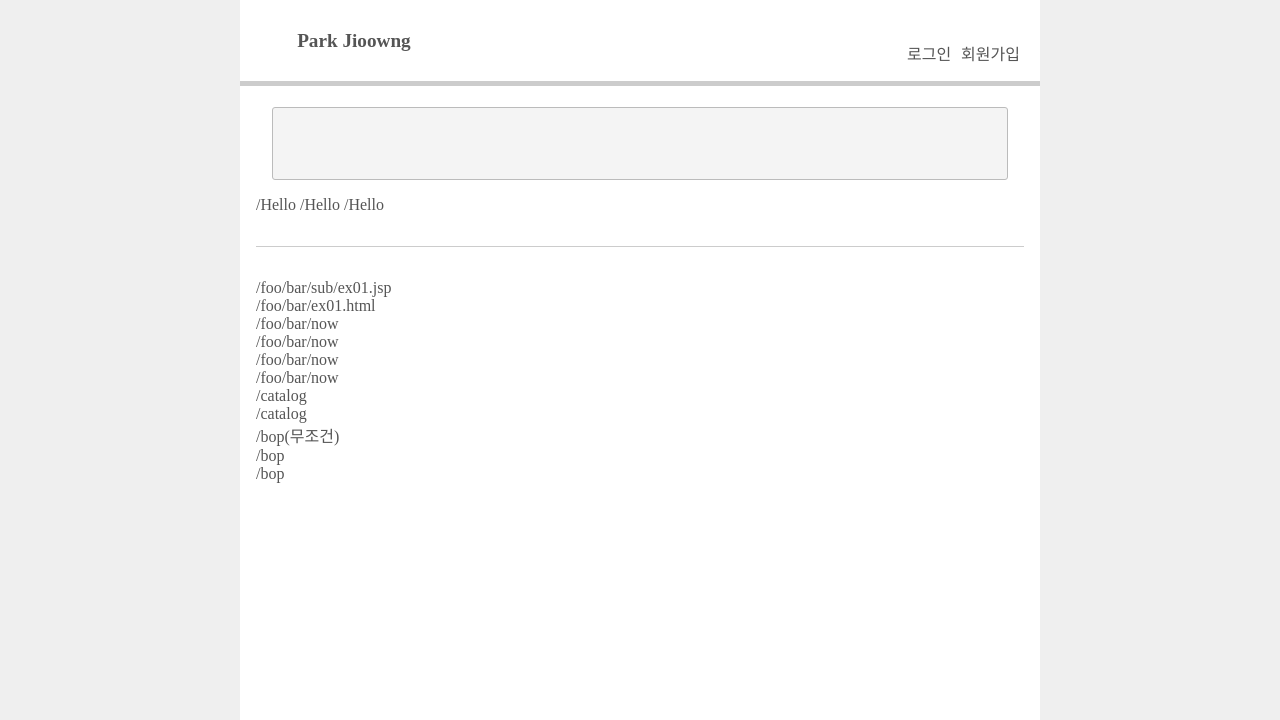
Repository: park-jiwoong/webClass
Page: webPro/src/main/webapp/JSPClass/jspPro/src/main/webapp/days02/ex01.html
The author's editor kept a copy of each file at every save. The page is drawn from the files as they stood at one save, then again after the next save.
The browser window is 1280 px wide. The pictures show the whole page.
Some web fonts or font styles are not loaded; a fallback is used.

Above is the page before, as saved 2025-05-22 08:14:29.

### webPro/src/main/webapp/JSPClass/jspPro/src/main/webapp/days02/ex01.html
<!DOCTYPE html>
<html>
<head>
<meta charset="UTF-8">
<meta name="viewport" content="width=device-width, initial-scale=1.0">
<title>2025. 5. 21. 오전 9:51:45</title>
<link rel="shortcut icon" type="image/x-icon" href="/jspPro/images/SiSt.ico">
<link rel="stylesheet" href="/jspPro/resources/cdn-main/example.css">
<script src="/jspPro/resources/cdn-main/example.js"></script>
<style>
 span.material-symbols-outlined{
    vertical-align: text-bottom;
 }
</style>
</head>
<body>
<header>
  <h1 class="main"><a href="#" style="position: absolute;top:30px;">Park Jioowng</a></h1>
  <ul>
    <li><a href="#">로그인</a></li>
    <li><a href="#">회원가입</a></li>
  </ul>
</header>
<div>
  <xmp class="code">

  </xmp>

  <a href="/jspPro/Hello">/Hello</a>
  <a href="/jspPro/Hello?name=admin">/Hello</a>
  <a href="/jspPro/Hello?name=홍길동">/Hello</a>

  <hr>
	<a href="/jspPro/foo/bar/sub/ex01.jsp">/foo/bar/sub/ex01.jsp</a><br>
	<a href="/jspPro/foo/bar/ex01.html">/foo/bar/ex01.html</a><br>
	<a href="/jspPro/foo/bar/now">/foo/bar/now</a><br>

	<a href="/jspPro/baz/bar/now">/foo/bar/now</a><br>
	<a href="/jspPro/baz/bar/ex01.html">/foo/bar/now</a><br>
	<a href="/jspPro/baz/bar/now">/foo/bar/now</a><br>

	<a href="/jspPro/catalog">/catalog</a><br>
	<a href="/jspPro/catalog/sub">/catalog</a><br>

	<a href="/jspPro/catalog/sub.bop">/bop(무조건)</a><br>
	<a href="/jspPro/catalog.bop">/bop</a><br>
	<a href="/jspPro/catalog/sub/days02/ex01.bop">/bop</a><br>



</div>
</body>
</html>

### webPro/src/main/webapp/JSPClass/jspPro/src/main/webapp/resources/cdn-main/example.css
@charset "UTF-8";

@import url('https://fonts.googleapis.com/css2?family=Material+Symbols+Outlined:opsz,wght,FILL,GRAD@20..48,100..700,0..1,-50..200');

@font-face {
    font-family: 'GmarketSansMedium';
    src: url('https://cdn.jsdelivr.net/gh/projectnoonnu/noonfonts_2001@1.1/GmarketSansMedium.woff') format('woff');
    font-weight: normal;
    font-style: normal;
}

:root {
	--text-color: #555;
	--sub-text-color: #777;
	--back-color: #EFEFEF;
	--header-color: #444;
	--primary-color: #DEDEDE;
	--secondary-color: #EFEFEF;
	--default-width: 800px;
	--narrow-width: 500px;
	--wide-width: 1200px;
	--text-font: 'GmarketSansMedium';
	--icon-font: 'Material Symbols Outlined';
	--border-color: #CCC;
}

html, body {
	margin: 0;
	padding: 0;
}

html {
	background-color: var(--back-color);
	display: flex;
	justify-content: center;
	min-height: 100vh;
}

body, body.default {
	width: var(--default-width);
	background-color: white;
	padding-bottom: 120px;
}

body.wide {
	width: var(--wide-width);
}

body.narrow {
	width: var(--narrow-width);
}



body, p, div, span, a, input, select, option, textarea, button, table, th, td, label, fieldset, legend {
	font-family: var(--text-font);
	color: var(--text-color);
}

h1, h2, h3 {
	font-family: var(--text-font);
	color: var(--header-color);
	padding: 0 1rem;
	padding-top: .5rem;
}

div > h1, div > h2, div > h3 {
	padding: 0;
}

body > div, body > main > div {
	padding: 0.3rem 1rem;
}


h1 { font-size: 2rem; border-bottom: 1px solid var(--border-color); }
h1 small { font-size: 1.2rem; color: var(--sub-text-color); }
h2 { font-size: 1.5rem; border-bottom: 1px dashed var(--border-color); }
h2 small { font-size: 1.1rem; color: --sub-text-color; }
h3 { font-size: 1.2rem; }
h3 small { font-size: 1rem; color: --sub-text-color; }



h1.main::before {
	font-family: var(--icon-font);
  	content: '\e666';
  	margin-right: 10px;
  	float: left;
	font-size: 2.5rem;
}

h1.sub::before {
	font-family: var(--icon-font);
  	content: '\ea19';
  	margin-right: 10px;
  	float: left;
	font-size: 2.5rem;
}


h1.page::before {
	font-family: var(--icon-font);
  	content: '\e0e0';
  	margin-right: 10px;
  	float: left;
	font-size: 2.5rem;
}

body > header > ul > li > .active{
	background-color: #FFF;
	color:#F00;
}

body > header {
	display: flex;
	justify-content: space-between;
	border-bottom: 5px solid var(--border-color);
	min-height: 74px;
	background-color: #FFF;
}

body > header.sticky {
	position: sticky;
	top: 0;
	z-index: 98;
}

body > header > h1 {
	font-size: 1.2rem;
	border: 0;
}

body > header.in > h1::before {
	font-family: var(--icon-font);
  	content: '\e332‥';
  	margin-right: 3px;
  	float: left;
	font-size: 2rem;
}


body > header > ul {
	list-style-type: none;
	display: flex;
	align-items: flex-end;
	margin-right: 10px;
}

body > header > ul > li {
	margin-right: 10px;
	cursor: pointer;
}

body > header > ul > li > a {
	cursor: pointer;
}


form {
	display: block;
}

form > div {
	padding: 0.3rem 1rem;
}

div > form > div {
	padding: 0.3rem 0;
}

input, textarea, button, select {
	border: 1px solid #BBB;
	border-radius: 3px;
	outline: none;
	resize: none;
	padding: 7px;
	margin: 0;
}

input[type=text]:read-only, textarea:read-only {
	cursor: not-allowed;
	background-color: #FFF;
}

input[type=text]:disabled, textarea:disabled {
	cursor: not-allowed;
	background-color: #EEE;
}

input[type=text], input[type=password], textarea, button, select {
	/* width: 300px; */
}

textarea {
	display: block;
	height: 100px;
}

input[type=button], input[type=submit], button {
	/* width: inherit; */
}

input.short, textarea.short, button.short, select.short {
	width: 100px;
}

input.long, textarea.long, button.long, select.long {
	width: 350px;
}

.narrow input.long, .narrow textarea.long, .narrow button.long, .narrow select.long {
	width: calc(100% - 20px);
}

input.full, textarea.full, button.full, select.full {
	width: calc(100% - 20px);
}

textarea.short {
	height: 50px;
}

textarea.long {
	height: 100px;
}

textarea.full {
	height: 200px;
}

input, textarea {
	padding-top: 8px;
}

input[type=button], input[type=submit], button {
	padding: 5px 10px;
	background-color: var(--secondary-color);
	cursor: pointer;
	min-height: 36px;
}

input[type=button].primary, input[type=submit].primary, button.primary {
	/* background-color: rgba(100, 149, 237, .2); */
	background-color: var(--primary-color);
}

input[type=button].primary:hover, input[type=submit].primary:hover, button.primary:hover {
	/* background-color: rgba(100, 149, 237, .3); */
	background-color: var(--secondary-color);
}

input[type=button]:hover, input[type=submit]:hover, button:hover {
	background-color: var(--primary-color);
}

button {
	position: relative;
	left: 0;
	top: 0;
	padding-left: 35px;
}

button .material-symbols-outlined {
	position: absolute;
	left: 10px;
	top: 4px;
}

/* k2nik add */
button.login::before {
	font-family: var(--icon-font);
  	content: '\ea77';
	position: absolute;
	left: 11px;
	top: 4px;
	font-size: 1.25rem;
}

/* k2nik logout */
button.logout::before {
	font-family: var(--icon-font);
  	content: '\e9ba';
	position: absolute;
	left: 11px;
	top: 4px;
	font-size: 1.25rem;
}

/* k2nik help */
button.help::before {
	font-family: var(--icon-font);
  	content: '\f1c0';
	position: absolute;
	left: 11px;
	top: 4px;
	font-size: 1.25rem;
}

button.add::before{
	font-family: var(--icon-font);
  	content: '\e746';
	position: absolute;
	left: 11px;
	top: 4px;
	font-size: 1.25rem;
}

button.back::before {
	font-family: var(--icon-font);
  	content: '\e166';
	position: absolute;
	left: 11px;
	top: 4px;
	font-size: 1.25rem;
}

button.list::before {
	font-family: var(--icon-font);
  	content: '\e0ee';
	position: absolute;
	left: 11px;
	top: 4px;
	font-size: 1.25rem;
}


button.del::before {
	font-family: var(--icon-font);
  	content: '\e872';
	position: absolute;
	left: 11px;
	top: 4px;
	font-size: 1.25rem;
}

button.alldel::before {
	font-family: var(--icon-font);
  	content: '\e92b';
	position: absolute;
	left: 11px;
	top: 4px;
	font-size: 1.25rem;
}


button.edit::before {
	font-family: var(--icon-font);
  	content: '\e745';
	position: absolute;
	left: 11px;
	top: 4px;
	font-size: 1.25rem;
}


button.login::before {
	font-family: var(--icon-font);
  	content: '\ea77';
	position: absolute;
	left: 11px;
	top: 4px;
	font-size: 1.25rem;
}


button.logout::before {
	font-family: var(--icon-font);
  	content: '\e9ba';
	position: absolute;
	left: 11px;
	top: 4px;
	font-size: 1.25rem;
}


button.in::before {
	font-family: var(--icon-font);
  	content: '\f71a';
	position: absolute;
	left: 11px;
	top: 4px;
	font-size: 1.25rem;
}


button.out::before {
	font-family: var(--icon-font);
  	content: '\f70e';
	position: absolute;
	left: 11px;
	top: 4px;
	font-size: 1.25rem;
}


button.reply::before {
	font-family: var(--icon-font);
  	content: '\e15e';
	position: absolute;
	left: 11px;
	top: 4px;
	font-size: 1.25rem;
}


button.comment::before {
	font-family: var(--icon-font);
  	content: '\e0b9';
	position: absolute;
	left: 11px;
	top: 4px;
	font-size: 1.25rem;
}


button.modal::before {
	font-family: var(--icon-font);
  	content: '\e89e';
	position: absolute;
	left: 11px;
	top: 4px;
	font-size: 1.25rem;
}


button.ok::before {
	font-family: var(--icon-font);
  	content: '\e86c';
	position: absolute;
	left: 11px;
	top: 4px;
	font-size: 1.25rem;
}


button.cancel::before {
	font-family: var(--icon-font);
  	content: '\e5c9';
	position: absolute;
	left: 11px;
	top: 4px;
	font-size: 1.25rem;
}

button.search::before {
	font-family: var(--icon-font);
  	content: '\e8b6';
	position: absolute;
	left: 11px;
	top: 4px;
	font-size: 1.25rem;
}

button.home::before {
	font-family: var(--icon-font);
  	content: '\e88a';
	position: absolute;
	left: 11px;
	top: 4px;
	font-size: 1.25rem;
}


button.sidebar::before {
	font-family: var(--icon-font);
  	content: '\f7e4';
	position: absolute;
	left: 11px;
	top: 4px;
	font-size: 1.25rem;
}


button.sidebar-right::before {
	font-family: var(--icon-font);
  	content: '\f7e5';
	position: absolute;
	left: 11px;
	top: 4px;
	font-size: 1.25rem;
}




button::before {
	font-family: var(--icon-font);
  	content: '\e323';
	position: absolute;
	left: 11px;
	top: 4px;
	font-size: 1.25rem;
}


table {
	border-collapse: collapse;
	margin: 1rem;
	box-sizing: border-box;
	width: calc(100% - 32px);
}

table.content {
	width: auto;
}

div > table {
	margin: 0;
}

table th, table td {
	border: 1px solid var(--border-color);
	padding: 7px;
	font-weight: normal;
}

table th {
	background-color: var(--back-color);
}

table.vertical th {
	width: 150px;
}

table.vertical td {
	width: calc(100% - 182px);
	padding-left: 10px;
}

table.content td, table.content th {
	width: auto;
}

body.narrow table.vertical th {
	width: 100px;
}

body.narrow table.vertical td {
	width: calc(100% - 182px);
}


table + table {
	margin-top: 30px;
}


p {
	padding: 0 1rem;
}

a {
	text-decoration: none;
}

a:hover {
	color: rgba(255, 99, 71, .7);
}

hr {
	border: 0;
	border-top: 1px solid var(--border-color);
	margin: 2rem 0;
}

.message {
	border: 1px solid var(--border-color);
	background-color: #EFEFEF;
	margin: 1rem;
	width: auto;
	padding-top: 10px;
	padding-bottom: 10px;
	font-size: 14px;
}

.message[title]::before {
	content: attr(title);
	display: block;
	border-bottom: 1px solid var(--border-color);
	padding-bottom: 5px;
	margin-bottom: 10px;
	margin-top: 7px;
}

.message.short {
	max-width: 250px;
}

.message.long {
	max-width: 500px;
}

.badge {
	float: right;
	font-size: .8rem;
	margin-top: 2px;
	margin-right: 2px;
	text-shadow: 0 0 7px gray;
}

.badge.left {
	float: none;
	margin-left: 2px;
}

.badge.right {
	float: right;
}

.badge.red {
	border-radius: 50%;
	padding: 2px 5px;
	background-color: rgb(255, 99, 71, .3);
}

.badge.yellow {

	border-radius: 50%;
	padding: 2px 5px;
	background-color: rgb(255, 215, 0, .5);
}

.badge.blue {
	border-radius: 50%;
	padding: 2px 5px;
	background-color: rgb(100, 149, 237, .3);
}

label + label {
	margin-left: 7px;
}

label input[type=checkbox], label input[type=radio] {
	transform: translate(0, 1px);
}

.group {
	display: flex;
}

.modal-content .group {
	margin-bottom: .5rem;
}

.group label {
	border: 1px solid #BBB;
	border-radius: 3px;
	outline: none;
	resize: none;
	padding: 7px 14px;
	margin: 0;
	border-top-right-radius: 0;
	border-bottom-right-radius: 0;
	background-color: #EFEFEF;
	white-space: nowrap;
	font-size: 14px;
}

.group input[type=text] {
	margin-left: -1px;
	border-top-left-radius: 0;
	border-bottom-left-radius: 0;
}

.group select {
	margin-left: -1px;
	border-top-left-radius: 0;
	border-bottom-left-radius: 0;
}

.group input.full[type=text] {
	margin-left: -1px;
	border-top-left-radius: 0;
	border-bottom-left-radius: 0;
	width: 100%;
}

.group input[type=button]:first-child, .group button:first-child {
	border-top-left-radius: 3px;
	border-bottom-left-radius: 3px;
	margin-left: 0px;
}

.group input[type=button], .group button {
	border-radius: 0;
	margin-left: -1px;
}

.group input[type=button]:last-child, .group button:last-child {
	margin-left: -1px;
	border-top-right-radius: 3px;
	border-bottom-right-radius: 3px;
}

.seperate {
	display: flex;
	justify-content: space-between;
}

div.list {
	width: max-content;
	margin: 1rem;
	border: 1px solid #BBB;
	border-radius: 3px;
	padding: 0;
}

div.list.full {
	width: auto;
	display: block;
	margin: 1rem;
	border: 1px solid #BBB;
	border-radius: 3px;
	padding: 0;
}

div.list > div {
	padding: .5rem 1rem;
	margin: 0;
	border-bottom: 1px solid #BBB;
}

div.list > div:last-child {
	border-bottom: 0;
}

pre.code , xmp.code{
	font-family: consols;
	background-color: rgba(150, 150, 150, .1);
	border: 1px solid #BBB;
	border-radius: 3px;
	padding: .5rem 1rem;
	padding-bottom: .6rem;
	margin: 1rem;
}




*[data-modal-window] {
	position: fixed;
	background-color: rgba(0, 0, 0, .3);
	left: 0;
	top: 0;
	display: none;
	justify-content: center;
	align-items: flex-start;
	width: 100%;
	min-height: 100vh;
	z-index: 100;
	opacity: 0;
	transition: 500ms all;
}

*[data-modal-window] .modal-container {
	border-radius: 5px;
	padding: 1rem;
	padding-bottom: .5rem;
	margin-top: -500px;
	opacity: 0;
	width: 500px;
	background-color: #FFF;
	margin-right: 2rem;
	transition: 500ms all;
}

*[data-modal-size=content] .modal-container {
	width: auto;
}

*[data-modal-size=narrow] .modal-container {
	width: 300px;
}

*[data-modal-size=wide] .modal-container {
	width: 760px;
}


*[data-modal-window] .modal-header {
	border-bottom: 1px solid var(--border-color);
	padding: 2px 5px;
}

*[data-modal-window] .modal-content {
	padding: 1rem 5px;
}

*[data-modal-window] .modal-content div:last-child {
	margin-top: 1rem;
	text-align: right;
}



*[data-sidebar-window] {
	position: fixed;
	background-color: #FFF;
	left: 0;
	top: 0;
	display: block;
	width: 300px;
	border-right: 1px solid var(--border-color);
	box-sizing: border-box;
	box-shadow: 0 0 3px var(--back-color);
	min-height: 100vh;
	z-index: 99;
	transform: translate(-300px, 0);
	transition-duration: 500ms;
	transition-property: transform;
}

*[data-sidebar-direction=right] {
	left: auto;
	right: 0;
	transform: translate(300px, 0);
	border-left: 1px solid var(--border-color);
}

*[data-sidebar-size=wide] {
	width: 500px;
	transform: translate(-500px, 0);
}

*[data-sidebar-window] .sidebar-title {
	border-bottom: 1px solid var(--border-color);
	margin-top: 20px;
	margin-bottom: 20px;
	padding-bottom: 5px;
	display: flex;
	justify-content: space-between;
}

*[data-sidebar-window] .sidebar-title span:last-child {
	cursor: pointer;
}


/* K2Nik pagination */
.center {
  text-align: center;
}

.pagination {
  display: inline-block;
}

.pagination a {
  color: black;
  float: left;
  padding: 3px 6px;
  text-decoration: none;
  transition: background-color .3s;
  border: 1px solid #ddd;
  margin: 0 3px;
}

.pagination a.active {
  background-color: #4CAF50;
  color: white;
  border: 1px solid #4CAF50;
}

.pagination a:hover:not(.active) {background-color: #ddd;}

Loaded but not shown: webPro/src/main/webapp/JSPClass/jspPro/src/main/webapp/resources/cdn-main/example.js (141 lines, source omitted)

After the next save:
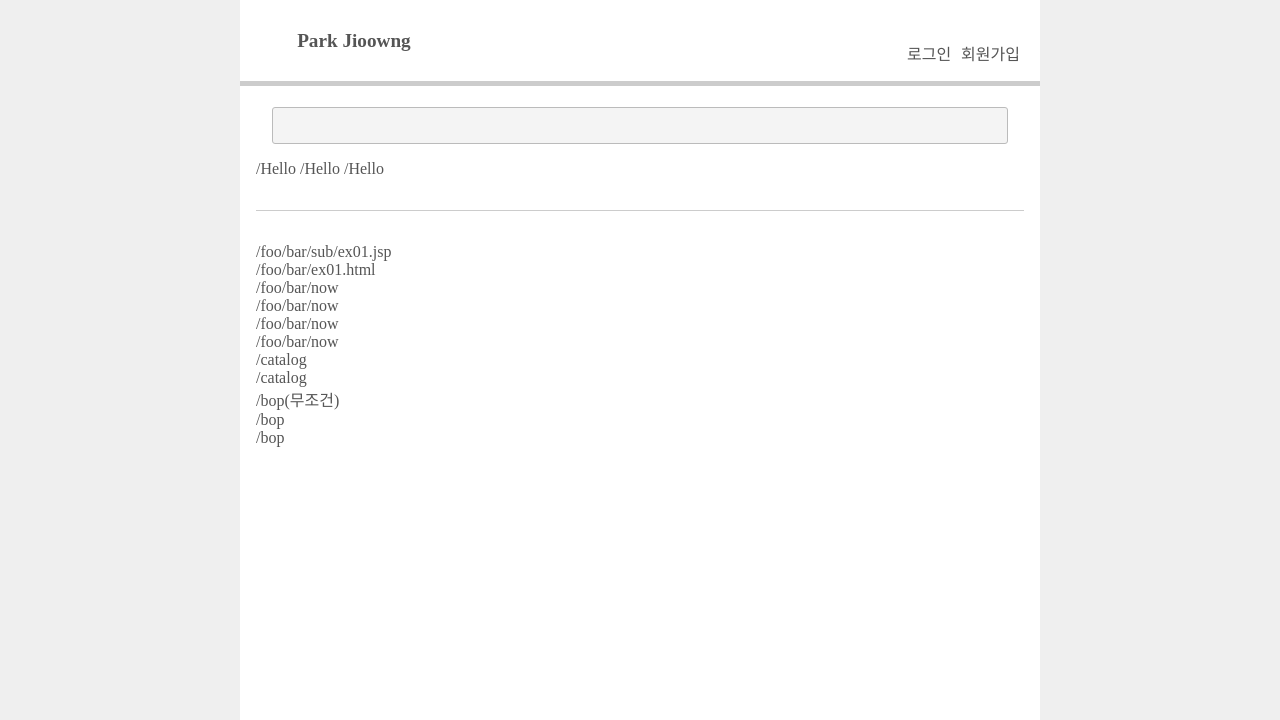
Saved 38 s later.
--- a/webPro/src/main/webapp/JSPClass/jspPro/src/main/webapp/days02/ex01.html
+++ b/webPro/src/main/webapp/JSPClass/jspPro/src/main/webapp/days02/ex01.html
@@ -4,50 +4,48 @@
 <meta charset="UTF-8">
 <meta name="viewport" content="width=device-width, initial-scale=1.0">
 <title>2025. 5. 21. 오전 9:51:45</title>
-<link rel="shortcut icon" type="image/x-icon" href="/jspPro/images/SiSt.ico">
+<link rel="shortcut icon" type="image/x-icon"
+	href="/jspPro/images/SiSt.ico">
 <link rel="stylesheet" href="/jspPro/resources/cdn-main/example.css">
 <script src="/jspPro/resources/cdn-main/example.js"></script>
 <style>
- span.material-symbols-outlined{
-    vertical-align: text-bottom;
- }
+span.material-symbols-outlined {
+	vertical-align: text-bottom;
+}
 </style>
 </head>
 <body>
-<header>
-  <h1 class="main"><a href="#" style="position: absolute;top:30px;">Park Jioowng</a></h1>
-  <ul>
-    <li><a href="#">로그인</a></li>
-    <li><a href="#">회원가입</a></li>
-  </ul>
-</header>
-<div>
-  <xmp class="code">
+	<header>
+		<h1 class="main">
+			<a href="#" style="position: absolute; top: 30px;">Park Jioowng</a>
+		</h1>
+		<ul>
+			<li><a href="#">로그인</a></li>
+			<li><a href="#">회원가입</a></li>
+		</ul>
+	</header>
+	<div>
+		<xmp class="code"> </xmp>
 
-  </xmp>
+		<a href="/jspPro/Hello">/Hello</a> <a href="/jspPro/Hello?name=admin">/Hello</a>
+		<a href="/jspPro/Hello?name=홍길동">/Hello</a>
 
-  <a href="/jspPro/Hello">/Hello</a>
-  <a href="/jspPro/Hello?name=admin">/Hello</a>
-  <a href="/jspPro/Hello?name=홍길동">/Hello</a>
+		<hr>
 
-  <hr>
-	<a href="/jspPro/foo/bar/sub/ex01.jsp">/foo/bar/sub/ex01.jsp</a><br>
-	<a href="/jspPro/foo/bar/ex01.html">/foo/bar/ex01.html</a><br>
-	<a href="/jspPro/foo/bar/now">/foo/bar/now</a><br>
-
-	<a href="/jspPro/baz/bar/now">/foo/bar/now</a><br>
-	<a href="/jspPro/baz/bar/ex01.html">/foo/bar/now</a><br>
-	<a href="/jspPro/baz/bar/now">/foo/bar/now</a><br>
-
-	<a href="/jspPro/catalog">/catalog</a><br>
-	<a href="/jspPro/catalog/sub">/catalog</a><br>
-
-	<a href="/jspPro/catalog/sub.bop">/bop(무조건)</a><br>
-	<a href="/jspPro/catalog.bop">/bop</a><br>
-	<a href="/jspPro/catalog/sub/days02/ex01.bop">/bop</a><br>
+		<a href="/jspPro/foo/bar/sub/ex01.jsp">/foo/bar/sub/ex01.jsp</a><br>
+		<a href="/jspPro/foo/bar/ex01.html">/foo/bar/ex01.html</a><br> <a
+			href="/jspPro/foo/bar/now">/foo/bar/now</a><br> <a
+			href="/jspPro/baz/bar/now">/foo/bar/now</a><br> <a
+			href="/jspPro/baz/bar/ex01.html">/foo/bar/now</a><br> <a
+			href="/jspPro/baz/bar/now">/foo/bar/now</a><br> <a
+			href="/jspPro/catalog">/catalog</a><br> <a
+			href="/jspPro/catalog/sub">/catalog</a><br> <a
+			href="/jspPro/catalog/sub.bop">/bop(무조건)</a><br> <a
+			href="/jspPro/catalog.bop">/bop</a><br> <a
+			href="/jspPro/catalog/sub/days02/ex01.bop">/bop</a><br>
 
 
 
-</div>
+	</div>
 </body>
 </html>

After the 2 saves that followed:
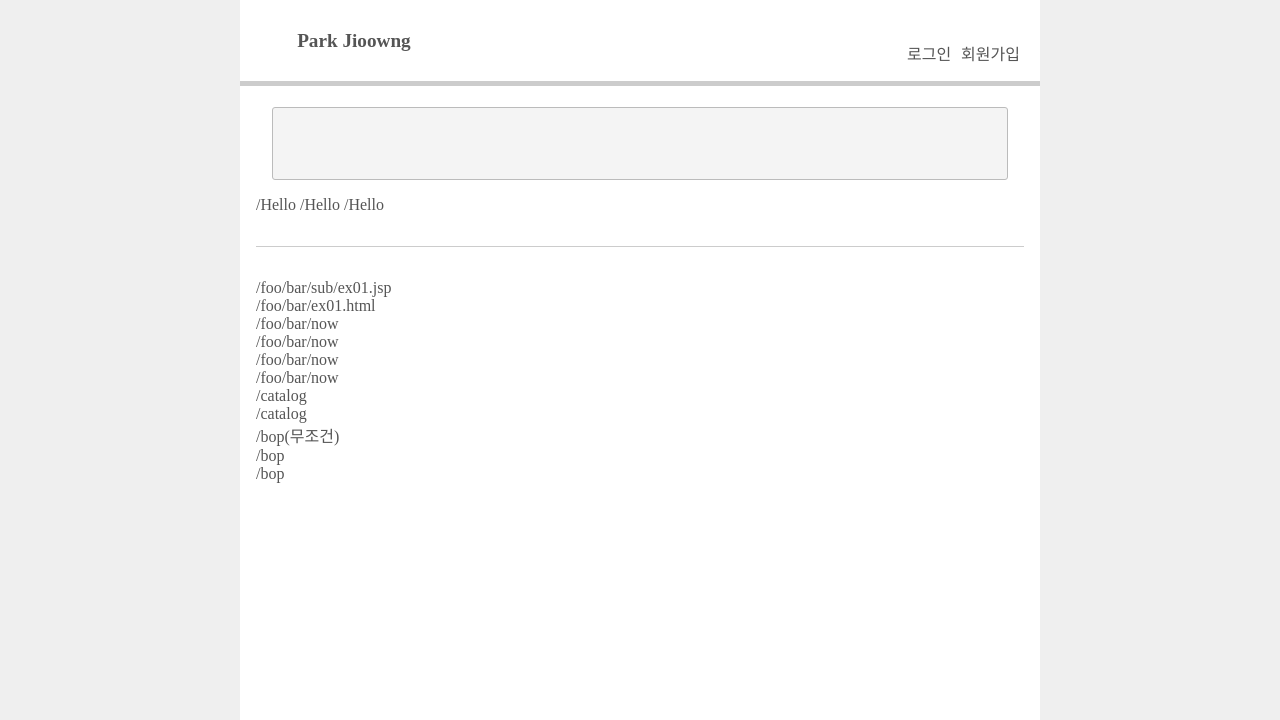
The 2 saves are shown as one change because they came seconds apart.
The last was saved 9 s later.
--- a/webPro/src/main/webapp/JSPClass/jspPro/src/main/webapp/days02/ex01.html
+++ b/webPro/src/main/webapp/JSPClass/jspPro/src/main/webapp/days02/ex01.html
@@ -4,48 +4,51 @@
 <meta charset="UTF-8">
 <meta name="viewport" content="width=device-width, initial-scale=1.0">
 <title>2025. 5. 21. 오전 9:51:45</title>
-<link rel="shortcut icon" type="image/x-icon"
-	href="/jspPro/images/SiSt.ico">
+<link rel="shortcut icon" type="image/x-icon" href="/jspPro/images/SiSt.ico">
 <link rel="stylesheet" href="/jspPro/resources/cdn-main/example.css">
 <script src="/jspPro/resources/cdn-main/example.js"></script>
 <style>
-span.material-symbols-outlined {
-	vertical-align: text-bottom;
-}
+ span.material-symbols-outlined{
+    vertical-align: text-bottom;
+ }
 </style>
 </head>
 <body>
-	<header>
-		<h1 class="main">
-			<a href="#" style="position: absolute; top: 30px;">Park Jioowng</a>
-		</h1>
-		<ul>
-			<li><a href="#">로그인</a></li>
-			<li><a href="#">회원가입</a></li>
-		</ul>
-	</header>
-	<div>
-		<xmp class="code"> </xmp>
+<header>
+  <h1 class="main"><a href="#" style="position: absolute;top:30px;">Park Jioowng</a></h1>
+  <ul>
+    <li><a href="#">로그인</a></li>
+    <li><a href="#">회원가입</a></li>
+  </ul>
+</header>
+<div>
+  <xmp class="code">
 
-		<a href="/jspPro/Hello">/Hello</a> <a href="/jspPro/Hello?name=admin">/Hello</a>
-		<a href="/jspPro/Hello?name=홍길동">/Hello</a>
+  </xmp>
 
-		<hr>
+	  <a href="/jspPro/Hello">/Hello</a>
+	  <a href="/jspPro/Hello?name=admin">/Hello</a>
+	  <a href="/jspPro/Hello?name=홍길동">/Hello</a>
+
+	  <hr>
 
 		<a href="/jspPro/foo/bar/sub/ex01.jsp">/foo/bar/sub/ex01.jsp</a><br>
-		<a href="/jspPro/foo/bar/ex01.html">/foo/bar/ex01.html</a><br> <a
-			href="/jspPro/foo/bar/now">/foo/bar/now</a><br> <a
-			href="/jspPro/baz/bar/now">/foo/bar/now</a><br> <a
-			href="/jspPro/baz/bar/ex01.html">/foo/bar/now</a><br> <a
-			href="/jspPro/baz/bar/now">/foo/bar/now</a><br> <a
-			href="/jspPro/catalog">/catalog</a><br> <a
-			href="/jspPro/catalog/sub">/catalog</a><br> <a
-			href="/jspPro/catalog/sub.bop">/bop(무조건)</a><br> <a
-			href="/jspPro/catalog.bop">/bop</a><br> <a
-			href="/jspPro/catalog/sub/days02/ex01.bop">/bop</a><br>
+		<a href="/jspPro/foo/bar/ex01.html">/foo/bar/ex01.html</a><br>
+		<a href="/jspPro/foo/bar/now">/foo/bar/now</a><br>
+
+		<a href="/jspPro/baz/bar/now">/foo/bar/now</a><br>
+		<a href="/jspPro/baz/bar/ex01.html">/foo/bar/now</a><br>
+		<a href="/jspPro/baz/bar/now">/foo/bar/now</a><br>
+
+		<a href="/jspPro/catalog">/catalog</a><br>
+		<a href="/jspPro/catalog/sub">/catalog</a><br>
+
+		<a href="/jspPro/catalog/sub.bop">/bop(무조건)</a><br>
+		<a href="/jspPro/catalog.bop">/bop</a><br>
+		<a href="/jspPro/catalog/sub/days02/ex01.bop">/bop</a><br>
 
 
 
-	</div>
+</div>
 </body>
 </html>
